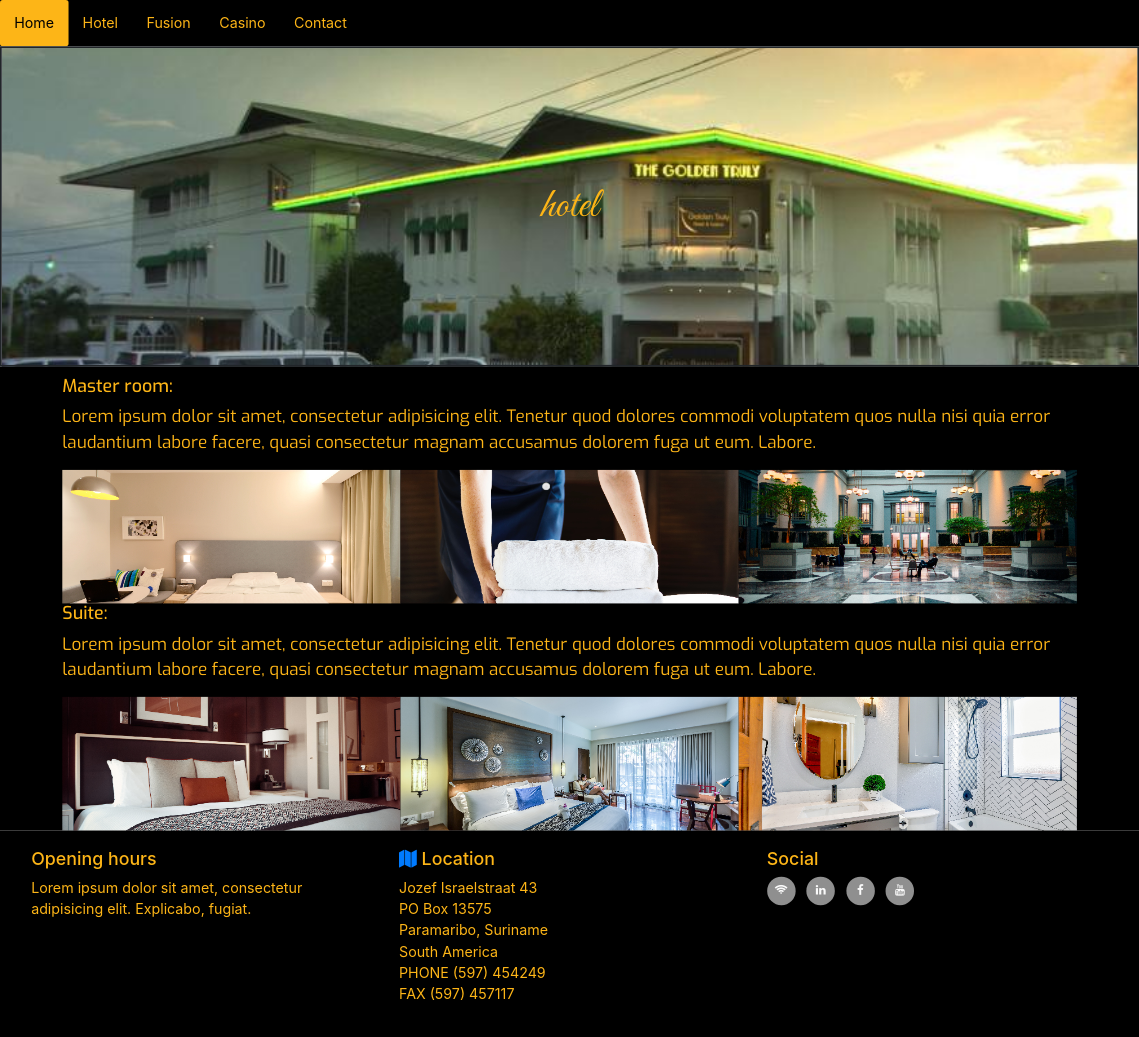
Repository: Code-Institute-Submissions/anthonycaf-Milestone1
Page: hotel.html
The author's editor kept a record of every edit. The page is drawn from the files as they stood at one moment, then again after the next edit.
The browser window is 1280 px wide. The pictures show the whole page, at 89% of full size.

Above is the page before.

After the next edit:
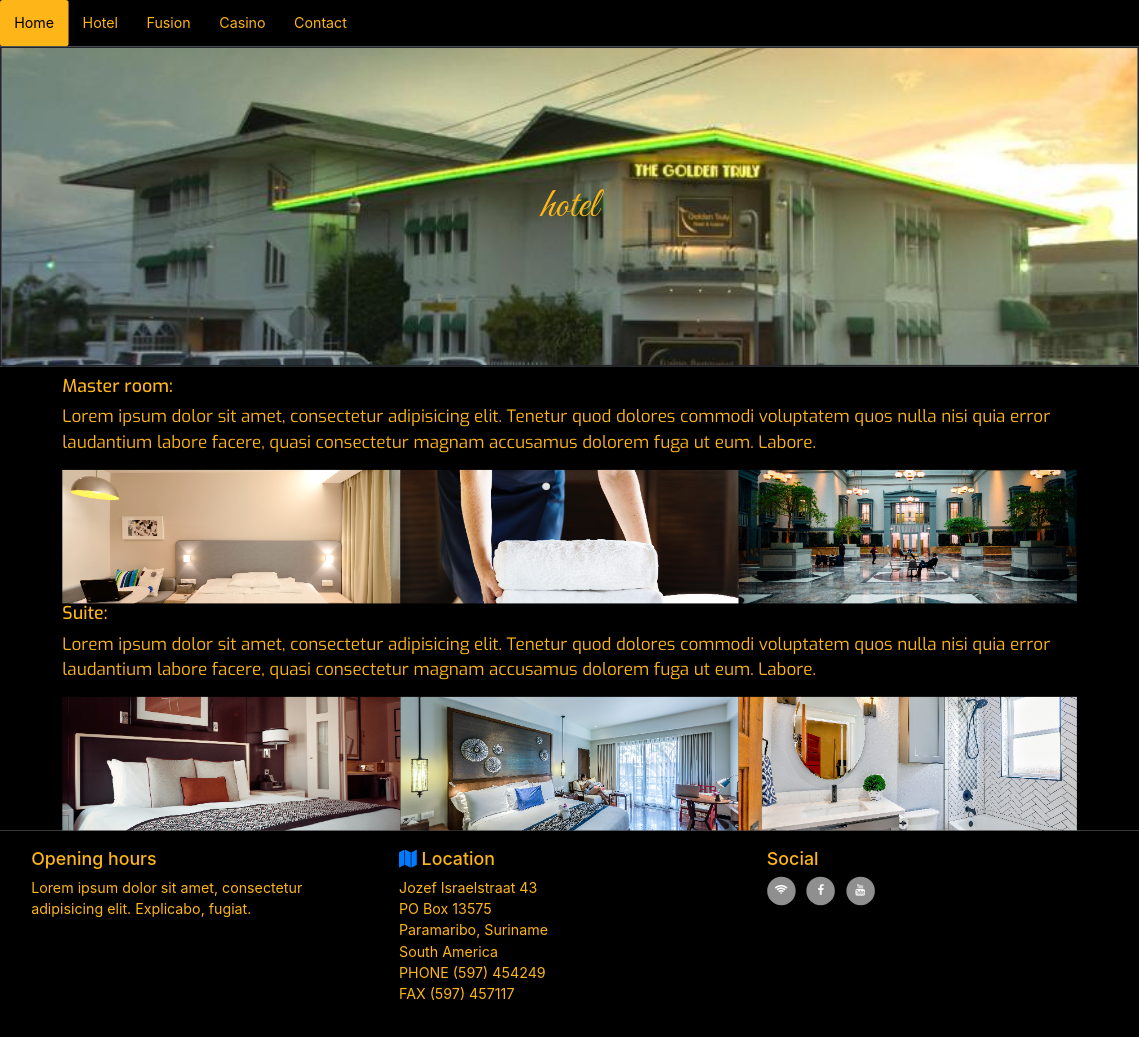
The edit:
--- a/hotel.html
+++ b/hotel.html
@@ -79,14 +79,7 @@
           <span class="sr-only">wifi</span>
          </a>
      </li>
-     <li class="list-inline-item">
-      <a href="#" target="_blank">
-          <i class="fa fa-linkedin" aria-hidden="true"></i>
-          <span class="sr-only">Linkedin</span>
-         </a>
-     </li>
-
-     <li class="list-inline-item">
+   <li class="list-inline-item">
       <a href="#" target="_blank">
           <i class="fa fa-facebook" aria-hidden="true"></i>
           <span class="sr-only">facebook</span>
